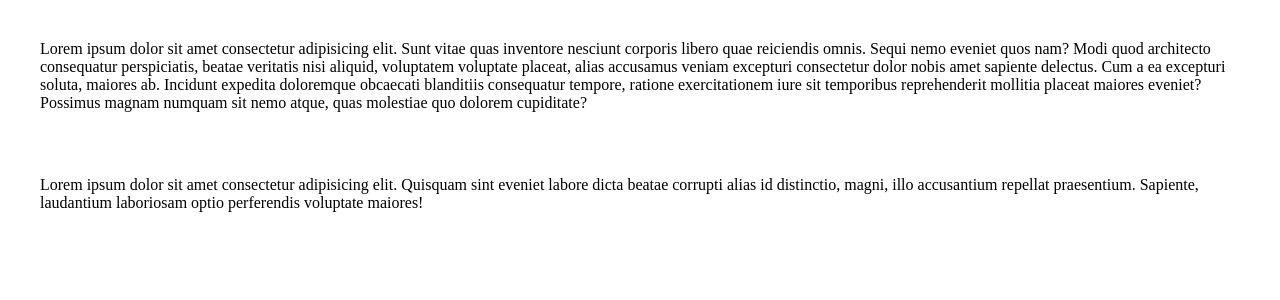
Repository: manojsatya/Web_development
Page: CSS_Grid/index.html
An editor plug-in stored every save of this project. The page is shown before and after the next save, followed by the edit.
The browser window is 1280 px wide. The pictures show the whole page.

Above is the page before, as saved 2019-07-03 11:50:25.

### CSS_Grid/index.html
<!DOCTYPE html>
<html lang="en">
<head>
    <meta charset="UTF-8">
    <meta name="viewport" content="width=device-width, initial-scale=1.0">
    <meta http-equiv="X-UA-Compatible" content="ie=edge">
    <title>CSS Grid</title>
    <style>
    .wrapper > div {
        padding: 2rem;
    }

    </style>
</head>
<body>

    <div class="wrapper">
        <div>
            Lorem ipsum dolor sit amet consectetur adipisicing elit. Sunt vitae quas inventore nesciunt corporis libero quae reiciendis omnis. Sequi nemo eveniet quos nam? Modi quod architecto consequatur perspiciatis, beatae veritatis nisi aliquid, voluptatem voluptate placeat, alias accusamus veniam excepturi consectetur dolor nobis amet sapiente delectus. Cum a ea excepturi soluta, maiores ab. Incidunt expedita doloremque obcaecati blanditiis consequatur tempore, ratione exercitationem iure sit temporibus reprehenderit mollitia placeat maiores eveniet? Possimus magnam numquam sit nemo atque, quas molestiae quo dolorem cupiditate?
        </div>
        <div>
            Lorem ipsum dolor sit amet consectetur adipisicing elit. Quisquam sint eveniet labore dicta beatae corrupti alias id distinctio, magni, illo accusantium repellat praesentium. Sapiente, laudantium laboriosam optio perferendis voluptate maiores!
        </div>
    </div>

</body>
</html>

After the next save:
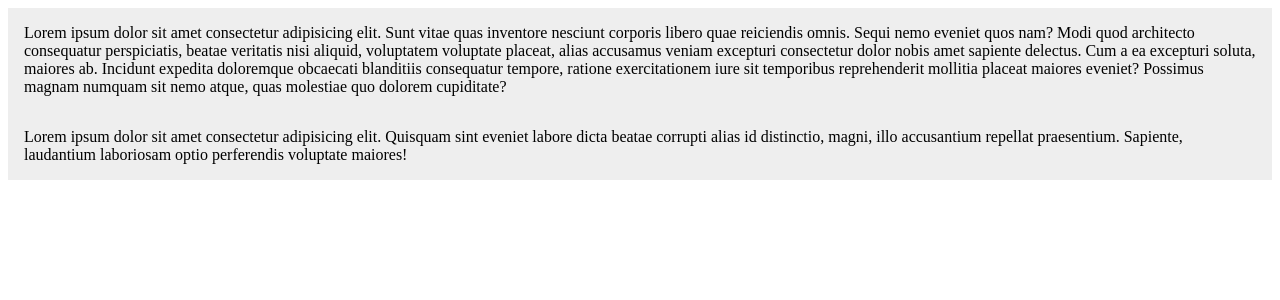
Saved 2 min 30 s later.
--- a/CSS_Grid/index.html
+++ b/CSS_Grid/index.html
@@ -7,7 +7,8 @@
     <title>CSS Grid</title>
     <style>
     .wrapper > div {
-        padding: 2rem;
+        background: #eee;
+        padding: 1em;
     }
 
     </style>
